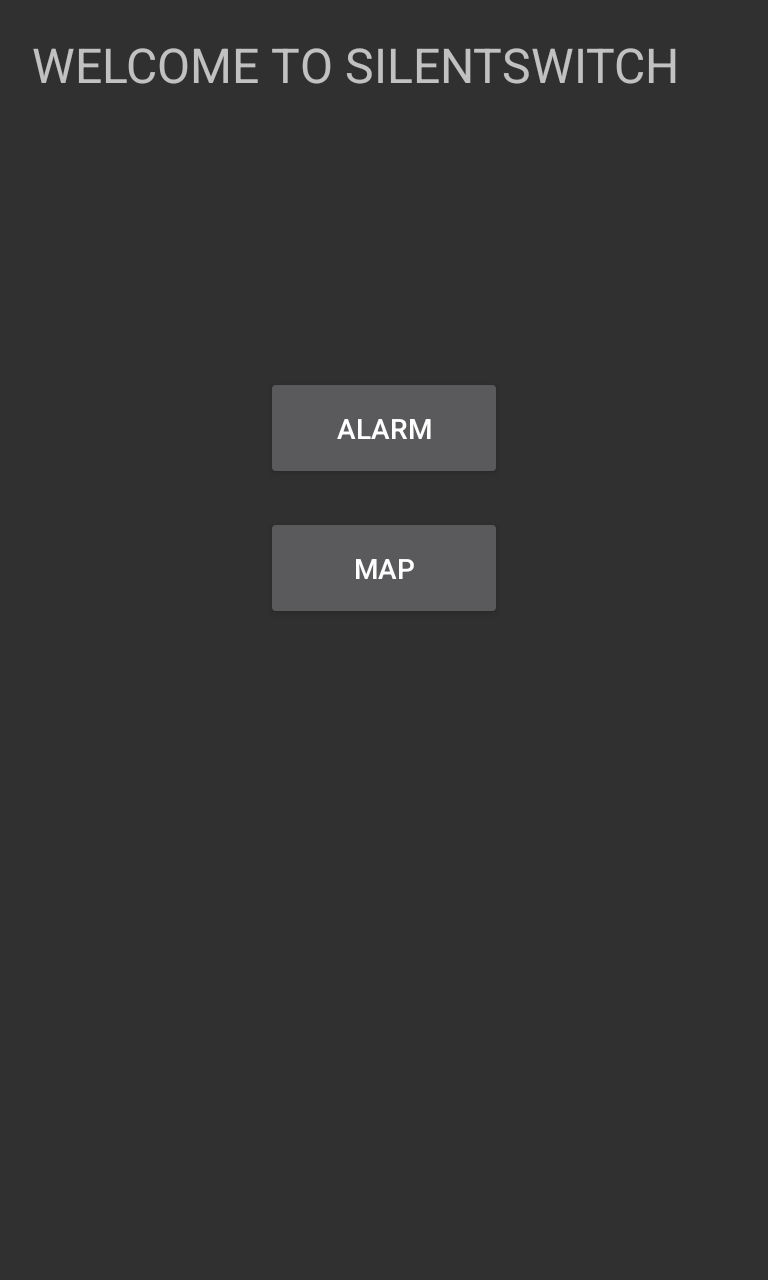
Repository: karakor/SilentSwitch2
Layout: SilentSwitch/res/layout/activity_main.xml
The author's editor kept a copy of each file at every save. The layout is drawn from the files as they stood at one save, then again after the next save.
It is drawn on a 768 x 1280 px phone screen (xhdpi) without system bars, with theme Theme.AppCompat; the app's code is not run.

Above is the layout before, as saved 2015-03-02 10:35:53.

### SilentSwitch/res/layout/activity_main.xml
<RelativeLayout xmlns:android="http://schemas.android.com/apk/res/android"
    xmlns:tools="http://schemas.android.com/tools"
    android:layout_width="match_parent"
    android:layout_height="match_parent"
    android:paddingBottom="@dimen/activity_vertical_margin"
    android:paddingLeft="@dimen/activity_horizontal_margin"
    android:paddingRight="@dimen/activity_horizontal_margin"
    android:paddingTop="@dimen/activity_vertical_margin"
    tools:context="com.example.silentswitch.MainActivity" >

    <TextView
        android:id="@+id/textView1"
        android:layout_width="wrap_content"
        android:layout_height="wrap_content"
        android:text="@string/hello_world"
        android:textSize="24sp" />

    <Button
        android:id="@+id/Alarm_btn"
        android:layout_width="wrap_content"
        android:layout_height="wrap_content"
        android:layout_below="@+id/textView1"
        android:layout_centerHorizontal="true"
        android:layout_marginTop="138dp"
        android:height="55dp"
        android:text="@string/Alarm_btn"
        android:width="120dp" />

    <Button
        android:id="@+id/Map_btn"
        android:layout_width="wrap_content"
        android:layout_height="wrap_content"
        android:layout_alignLeft="@+id/Alarm_btn"
        android:layout_below="@+id/Alarm_btn"
        android:layout_marginTop="15dp"
        android:height="55dp"
        android:text="@string/Map_btn"
        android:width="120dp" />

</RelativeLayout>

### SilentSwitch/res/values/strings.xml
<?xml version="1.0" encoding="utf-8"?>
<resources>

    <string name="app_name">SilentSwitch</string>
    <string name="hello_world">WELCOME TO SILENTSWITCH</string>
    <string name="action_settings">Settings</string>
    <string name="Alarm_btn">ALARM</string>
    <string name="Map_btn">MAP</string>
    <string name="title_activity_map__screen">Map_Screen</string>
    <string name="btn_City">City</string>
    <string name="str_rb_normal">Normal</string>
    <string name="str_rb_satellite">Satellite</string>
    <string name="menu_settings">Settings</string>
    <string name="str_rb_terrain">Terrain</string>
    <string name="title_activity_alarm_screen">AlarmScreen</string>

</resources>

Loaded but not shown: SilentSwitch/res/values/dimens.xml (common file); SilentSwitch/res/values-w820dp/dimens.xml (common file)

After the next save:
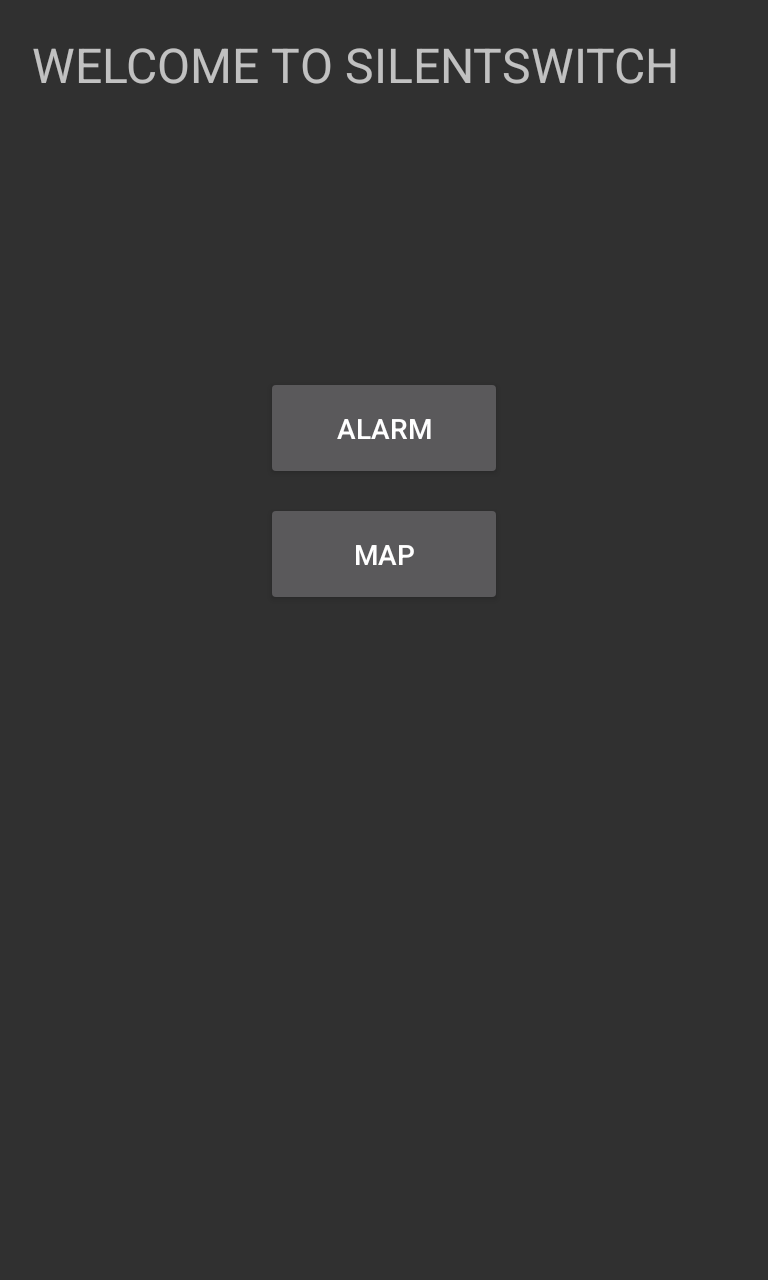
Saved 18 s later.
--- a/SilentSwitch/res/layout/activity_main.xml
+++ b/SilentSwitch/res/layout/activity_main.xml
@@ -32,7 +32,7 @@
         android:layout_height="wrap_content"
         android:layout_alignLeft="@+id/Alarm_btn"
         android:layout_below="@+id/Alarm_btn"
-        android:layout_marginTop="15dp"
+        android:layout_marginTop="8dp"
         android:height="55dp"
         android:text="@string/Map_btn"
         android:width="120dp" />
